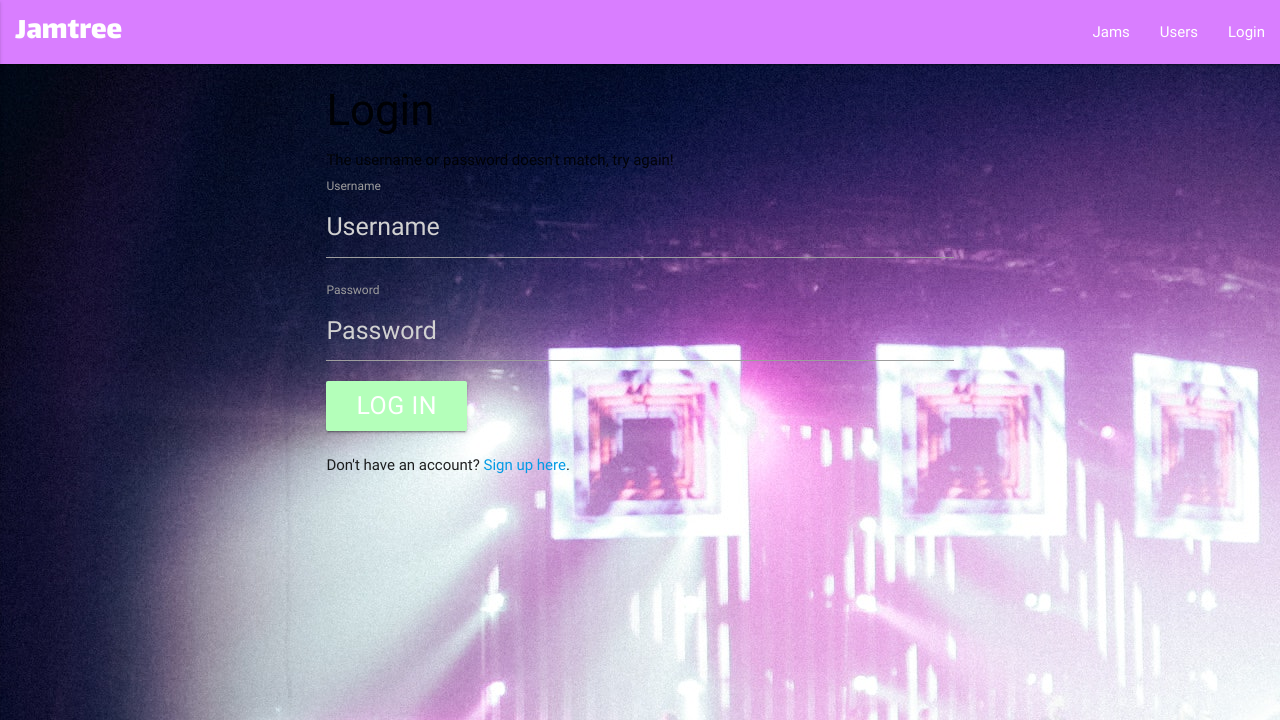
Repository: EdShackleton/milestone-project-3
Page: templates/re-login.html
The author's editor kept a record of every edit. The page is drawn from the files as they stood at one moment, then again after the next edit.
The browser window is 1280 px wide. The pictures show the whole page.
Some web libraries are served in a nearby version. The template is drawn by Flask 3. The application's start-up code is not run. Other server files are loaded and not shown. Style sheets and scripts are compiled from the project's sources, by tool versions that may differ from the author's. The template is opened directly, without the code that normally fills it, so the values that code supplies are empty.

Above is the page before.

### templates/re-login.html
{% extends 'base.html' %} {% block content %}
<div class="container">
<h3>Login</h3>
<h6>The username or password doesn't match, try again!</h6>
    <div class="row">
        <div class="col-md-4 col-md-offset-4">
            <form method=POST action="{{ url_for('login') }}">
                <div class="form-group">
                    <label for="exampleInputEmail1">Username</label>
                    <input type="text" class="form-control" name="username" placeholder="Username">
                </div>
                <div class="form-group">
                    <label for="exampleInputPassword1">Password</label>
                    <input type="password" class="form-control" name="password" placeholder="Password">
                </div>
                <button type="submit" class="btn btn-primary btn-block">Log In</button>
            </form>
            <br>
            <div>
                Don't have an account? <a href="{{ url_for('register') }}">Sign up here</a>.
            </div>
        </div>
    </div>
</div>

{% endblock %}

### templates/base.html
<!DOCTYPE html>
<html>

<head>
    <link href="https://fonts.googleapis.com/icon?family=Material+Icons" rel="stylesheet">
    <link href="https://fonts.googleapis.com/css?family=Lalezar|Roboto&display=swap" rel="stylesheet">
    <link rel="stylesheet" href="static/css/style.css" type="text/css" />
    <link rel="stylesheet" href="https://cdnjs.cloudflare.com/ajax/libs/materialize/0.100.2/css/materialize.min.css">
    <link rel="stylesheet" href="{{url_for('static', filename='css/style.css')}}" type="text/css" />
</head>

<body>
    <header>
        <div class="navbar-fixed">
            <nav>
                <div class="nav-wrapper">
                    <a href="{{ url_for('get_jams') }}" class="brand-logo">Jamtree</a>
                    <a href="#" data-activates="mobile-demo" class="button-collapse"><i class="material-icons">menu</i></a>
                    <ul id="nav-mobile" class="right hide-on-med-and-down">

                        <li id="username"><strong>{{ username }}</strong></li>
                        <li><a href="{{ url_for('get_jams') }}">Jams</a></li>
                        <li><a href="{{ url_for('get_users') }}">Users</a></li>
                        {% if user_logged_in %}
                        <li><a href="{{ url_for('add_jam') }}">New Jam</a></li>
                        <li><a href="{{ url_for('login') }}">Logout</a></li>
                        {% else %}
                        <li><a href="{{ url_for('login') }}">Login</a></li>
                        {% endif %}

                    </ul>
                    <ul class="side-nav" id="mobile-demo">
                        <li class="username-sidenav"><strong>{{ username }}</strong></li>
                        <li><a href="{{ url_for('get_jams') }}">Jams</a></li>
                        <li><a href="{{ url_for('get_users') }}">Users</a></li>
                        {% if user_logged_in %}
                        <li><a href="{{ url_for('add_jam') }}">New Jam</a></li>
                        <li><a href="{{ url_for('logout') }}">Logout</a></li>
                        {% else %}
                        <li><a href="{{ url_for('login') }}">Login</a></li>
                        {% endif %}
                    </ul>
                </div>
            </nav>
        </div>
    </header>
    <div class="container background"></div>
    <div class="container">
        {% block content %} {% endblock %}
    </div>
    <script src="https://cdnjs.cloudflare.com/ajax/libs/jquery/3.2.1/jquery.min.js"></script>
    <script src="https://cdnjs.cloudflare.com/ajax/libs/materialize/0.100.2/js/materialize.min.js"></script>
    <script type="text/javascript">
        $(document).ready(function() {
            $('.collapsible').collapsible();
            $('select').material_select();
            $(".button-collapse").sideNav();
        });
        $('.datepicker').pickadate({
            selectMonths: true, // Creates a dropdown to control month
            selectYears: 15, // Creates a dropdown of 15 years to control year,
            today: 'Today',
            clear: 'Clear',
            close: 'Ok',
            closeOnSelect: false // Close upon selecting a date,
        });
    </script>
</body>

</html>

### static/css/style.sass
/* Variables */

$primary-color: #7D1538
$secondary-color: #F9F9F9
$third-color: #d97eff
$fourth-color: #b4ffba
$fifth-color: #F45866

/* Mixins */

%box
    background-color: $secondary-color
    color: #383838
    border-color: white
    opacity: 0.9


%title
    font-family: 'Lalezar', cursive

/* background */

body
    background: url(/static/images/background-pic-purple.jpg) top left no-repeat
    background-color: #010815
    background-attachment: fixed
    height: 100vh
    width: 100vw


.blank-background
    @extend %box
    padding: 3% 10%
    margin-top: 25px

.everything-box
    @extend %box
    padding-top: 3%
    margin-top: 25px

/* nav bar */

.nav-wrapper
    background-color: $third-color
    font-family: 'Roboto', sans-serif


.brand-logo
    @extend %title
    margin: 0px 15px


#username
    font-style: italic

/* side nav */

.side-nav
    @extend %box

.side-nav li>a:hover
    background-color: $third-color
    color: white

#sidenav-overlay
    z-index: 996

.username-sidenav
    padding: 0 32px
    font-style: italic

/* page titles */

.page-title
    @extend %title
    margin-bottom: 0
    padding-left: 10%

/* Jams page */

.collapsible
    border-top: none
    box-shadow: none


.new-user-card
    @extend %box
    text-align: center
    margin: 0 20%
    padding: 20px 10px

.new-user-card-title
    @extend %title

.new-user-card-info
    font-size: 15px

.jams-list
    @extend %box
    font-family: 'Roboto', sans-serif
    text-align: center

.jam-title
    @extend %title

.other-jam-info
    background-color: #F4CEFF
    border-color: white
    opacity: 0.9

/* Users page */

.user-card
    @extend %box
    font-family: 'Roboto', sans-serif
    margin: 0
    text-align: center

.user-name
    @extend %title

/* Add Jams page */

#member-2-details
    display: none

#member-3-details
    display: none

#member-4-details
    display: none

#member-5-details
    display: none

#member-6-details
    display: none

#member-7-details
    display: none

#member-8-details
    display: none

#member-9-details
    display: none

#member-10-details
    display: none

/* date picker */

.picker__date-display
    background-color: $third-color

.picker__close, .picker__today, .picker__clear
    color: $third-color

.picker__day--selected, .picker__day--selected:hover, .picker--focused .picker__day--selected
    background-color: $fourth-color

/* edit jams */

#hidden-jam-details
    display: none

/* other */

.user-card
    @extend %box

.btn
    background-color: $fourth-color

.btn:hover
    background-color: $third-color

.row
    width: 100%
    margin: 5px

.container .row
    width: 100%
    margin: 0

p
    margin: 0

/* smaller screen differences */

@media screen and (min-width: 800px)
    .everything-box
        font-size: 30px
    .page-title
        font-size: 60px
    .jam-title-text
        font-size: 50px
    .input-field label
        font-size: 25px
    .select-wrapper input.select-dropdown
        font-size: 25px
    input:not([type]), input[type=text]:not(.browser-default), input[type=password]:not(.browser-default), input[type=email]:not(.browser-default), input[type=url]:not(.browser-default), input[type=time]:not(.browser-default), input[type=date]:not(.browser-default), input[type=datetime]:not(.browser-default), input[type=datetime-local]:not(.browser-default), input[type=tel]:not(.browser-default), input[type=number]:not(.browser-default), input[type=search]:not(.browser-default), textarea.materialize-textarea
        height: 4rem
    .btn, .btn-large, .btn-flat
        height: 50px
    .btn, .btn-large, .btn-floating, .btn-large, .btn-flat
        font-size: 25px
    .btn-floating
        height: 50px
        width: 50px
    .username-sidenav
        font-size: 30px
    .side-nav li>a
        font-size: 25px
    input:not([type]), input[type=text]:not(.browser-default), input[type=password]:not(.browser-default), input[type=email]:not(.browser-default), input[type=url]:not(.browser-default), input[type=time]:not(.browser-default), input[type=date]:not(.browser-default), input[type=datetime]:not(.browser-default), input[type=datetime-local]:not(.browser-default), input[type=tel]:not(.browser-default), input[type=number]:not(.browser-default), input[type=search]:not(.browser-default), textarea.materialize-textarea
        font-size: 25px
/* When starting to use sass, type into console: sass --watch static/css/style.sass:static/css/style.css */

After the next edit:
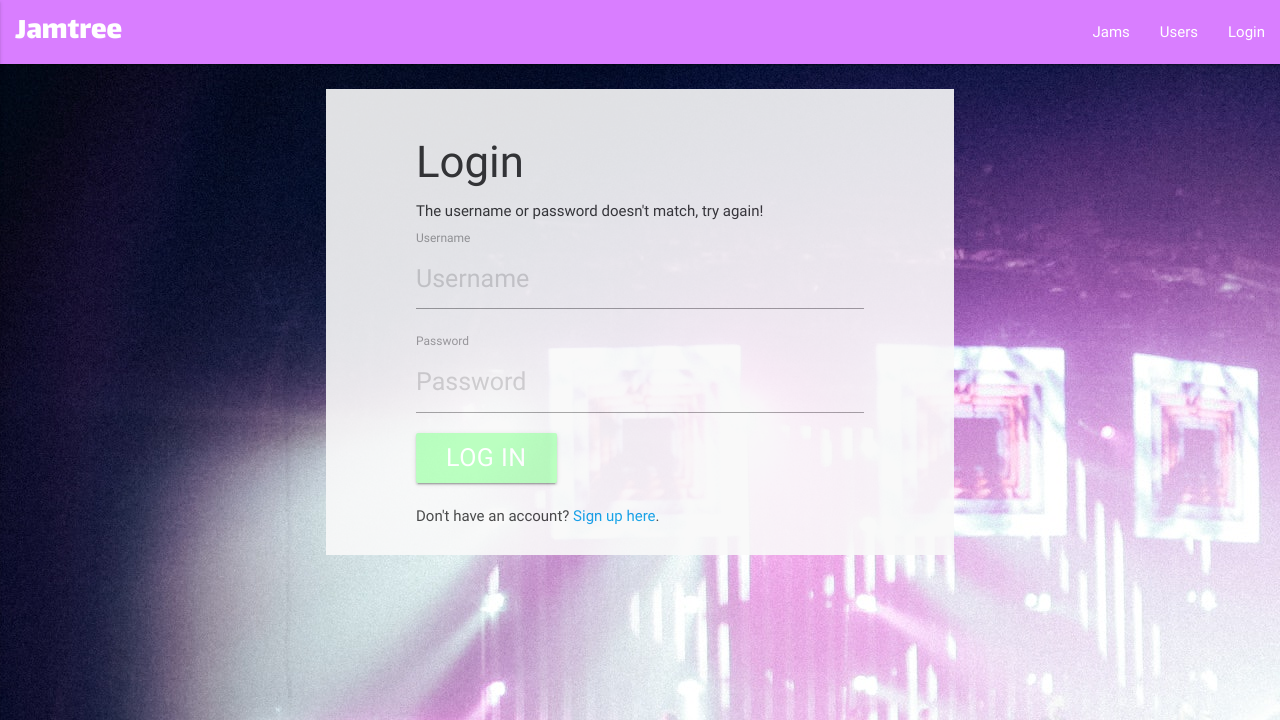
The edit:
--- a/templates/re-login.html
+++ b/templates/re-login.html
@@ -1,6 +1,6 @@
 {% extends 'base.html' %} {% block content %}
-<div class="container">
-<h3>Login</h3>
+<div class="container blank-background">
+<h3 class="page-title-login">Login</h3>
 <h6>The username or password doesn't match, try again!</h6>
     <div class="row">
         <div class="col-md-4 col-md-offset-4">
